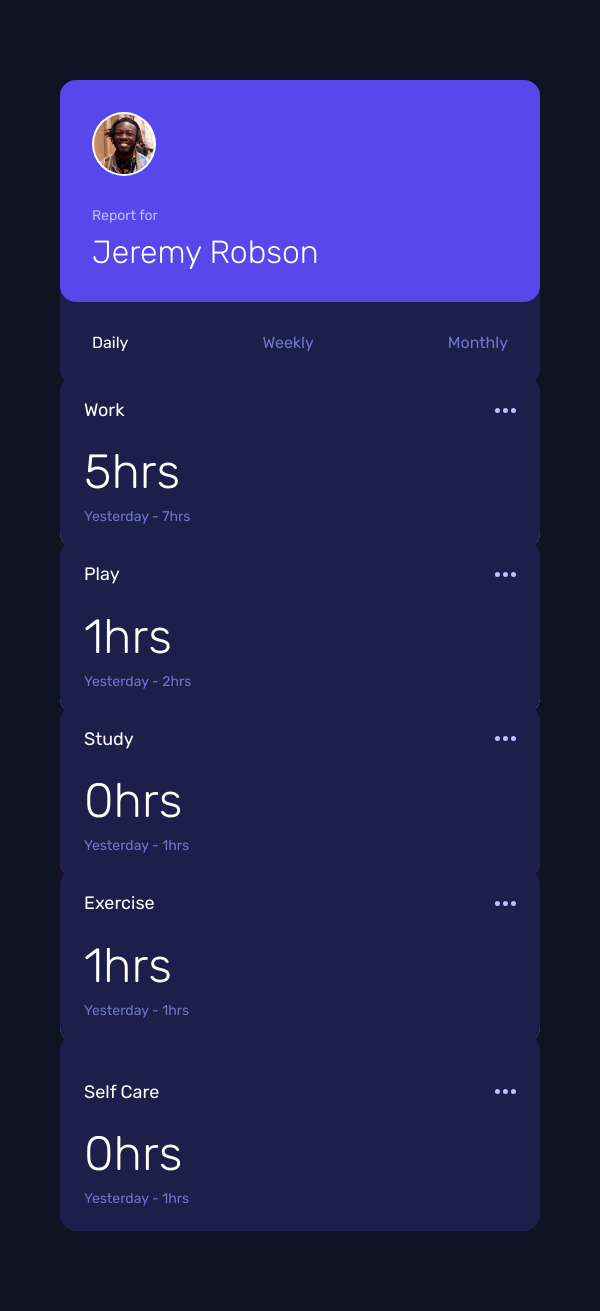
Repository: Jay-JYKim91/FM_time-tracking-dashboard
Page: index.html
These files come from the project's save history. The page is drawn as it stood at one moment and after the next save; the edit follows.
The browser window is 600 px wide. The pictures show the whole page.

Above is the page before, as saved 2021-12-19 22:46:52.

After the next save:
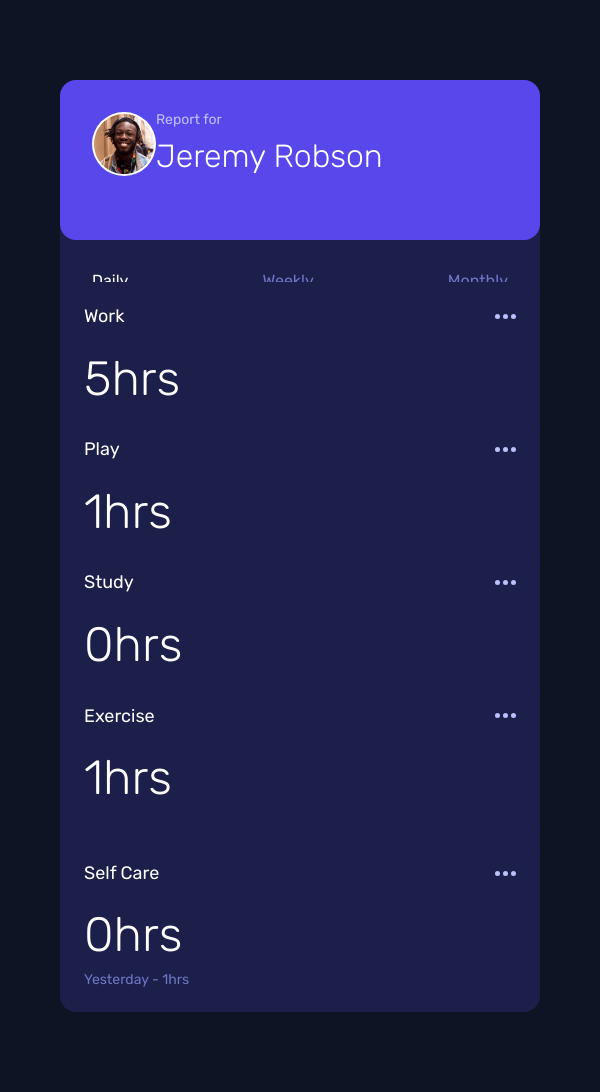
Saved 32 s later.
--- a/style.css
+++ b/style.css
@@ -181,6 +181,9 @@ p {
     grid-template-rows: repeat(7, 1fr);
     margin: 10vh auto;
   }
+  .profile-card--name {
+    display: flex;
+  }
   .profile-card--name .name {
     margin-bottom: 0;
   }
